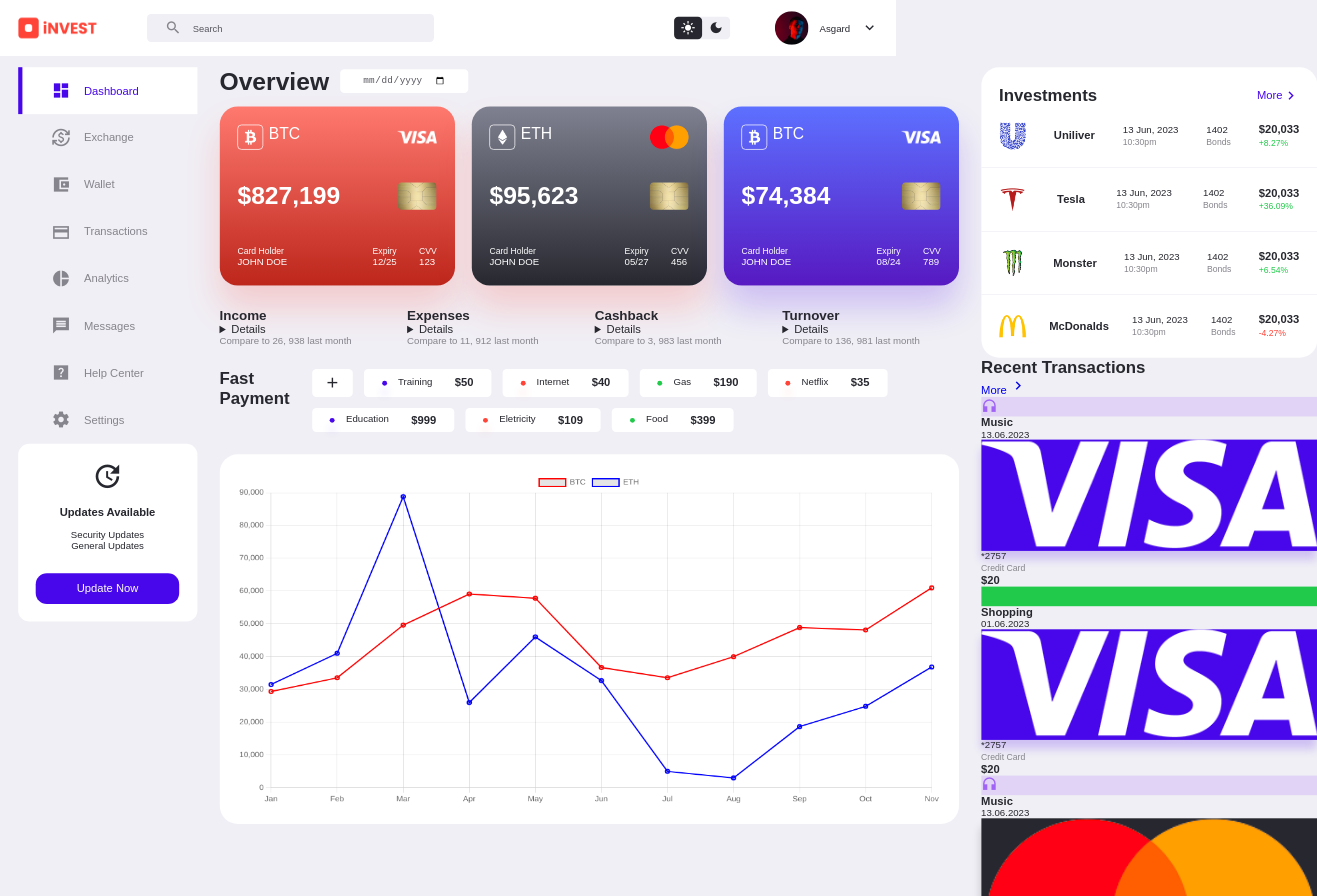
Repository: eziocdl/Admin_Dash
Page: index.html
These files come from the project's save history. The page is drawn as it stood at one moment and after the next save; the edit follows.
The browser window is 1280 px wide. The page is 1882 px wide, so the pictures cover 1882 px, including what lies to the right of the window. The pictures show the part of the page from y = 0 to 1280 px (the page is 2393 px tall), at 70% of full size.
Some web libraries are served in a nearby version.

Above is the page before, as saved 2023-06-15 13:34:03.

After the next save:
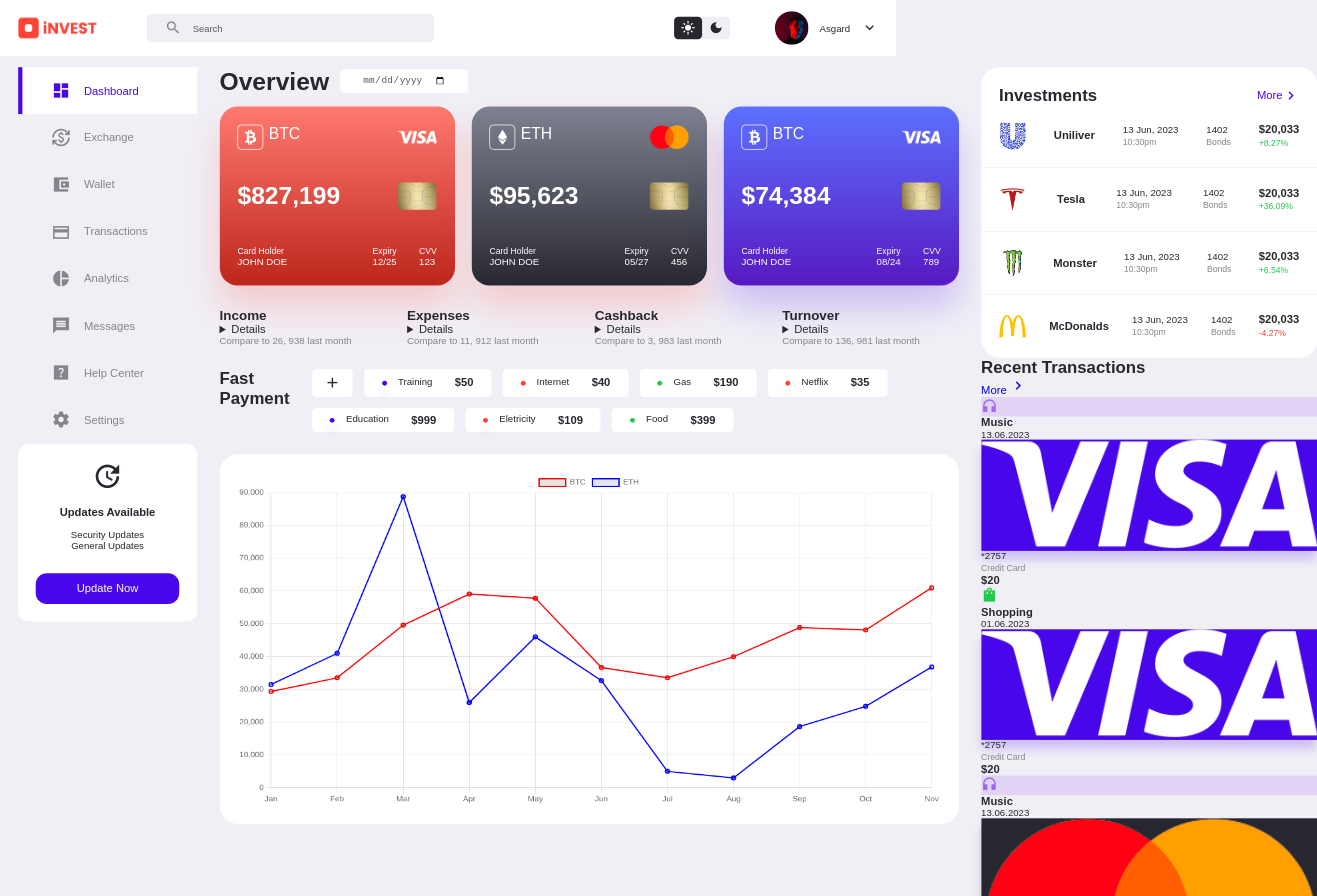
Saved 35 s later.
--- a/index.html
+++ b/index.html
@@ -449,7 +449,7 @@
                 <!--END OF RECENT TRANSATION-->
                 <div class="transation">
                     <div class="service">
-                        <div class="icon bg-success">
+                        <div class="icon bg-success-light">
                             <span class="material-icons-sharp success">shopping_bag</span>
                         </div>
                         <div class="details">
